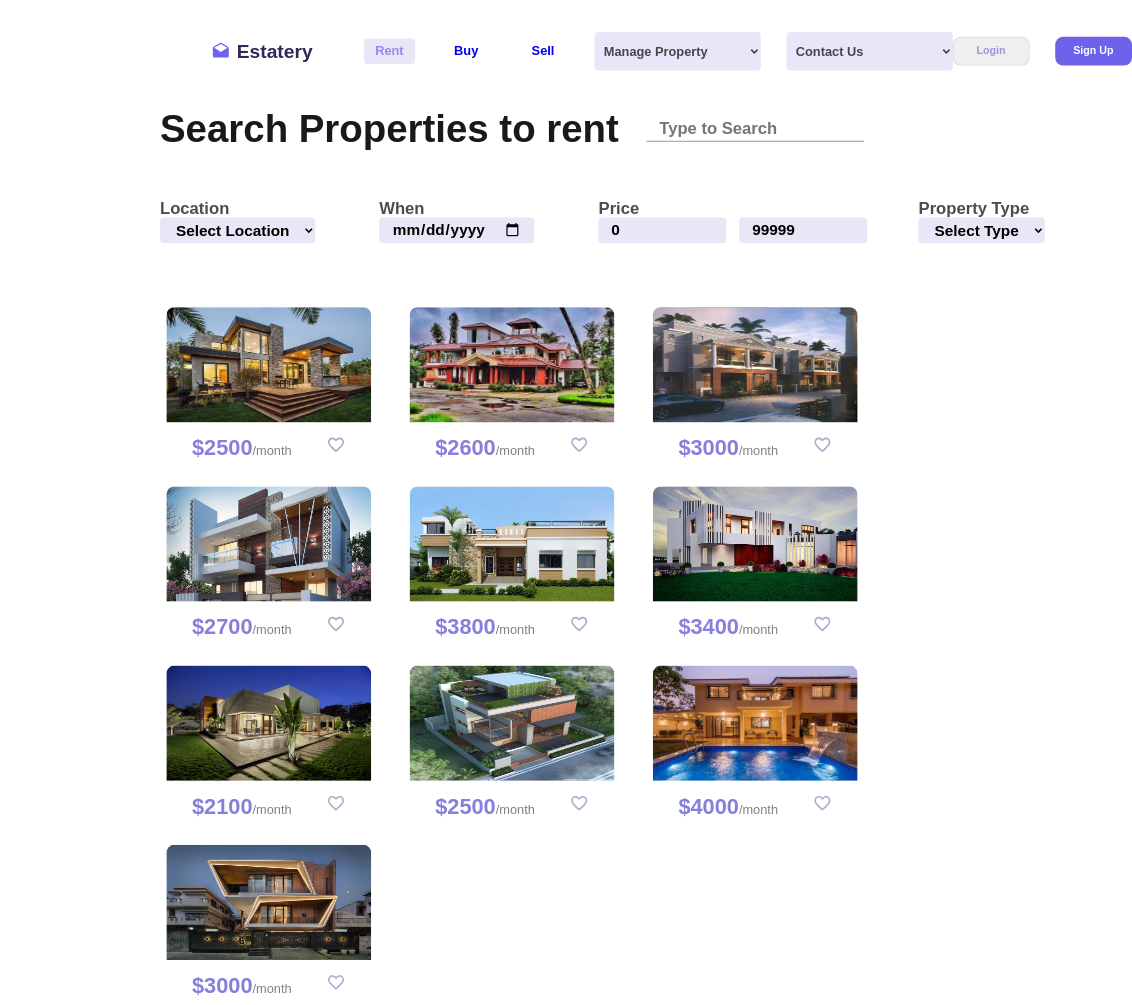
Repository: kapil4457/Reunion-Internship-Assignment
Page: /
The author's editor kept a copy of each file at every save. The page is drawn from the files as they stood at one save, then again after the next save.
The browser window is 1280 px wide. The page is 1415 px wide, so the pictures cover 1415 px, including what lies to the right of the window. The pictures show the whole page, at 80% of full size.
The project was rebuilt for these pictures with package versions that can differ from the ones it lists, and the page was loaded fresh each time. Also part of the build but not shown: src/App.css.

Above is the page before, as saved 2022-10-07 18:32:45.

After the next save:
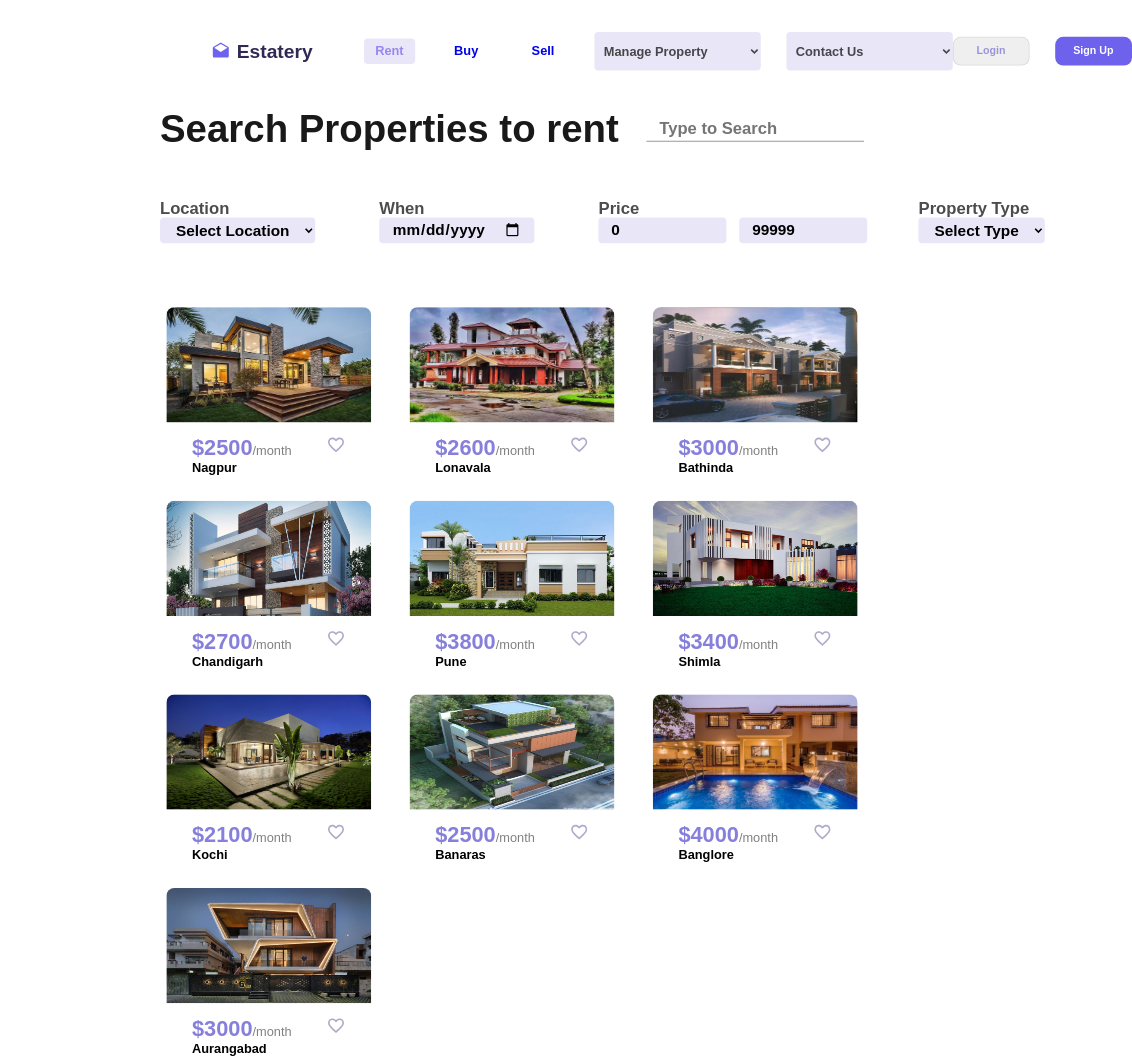
Saved 15 s later.
--- a/src/components/RentCard/RentCard.jsx
+++ b/src/components/RentCard/RentCard.jsx
@@ -15,7 +15,7 @@ const RentCard = ({ data }) => {
           </div>
           <FavoriteBorderIcon />
         </div>
-        <div className="rent-card-name">{data.name}</div>
+        <div className="rent-card-name">{data.state}</div>
       </div>
     </div>
   );
